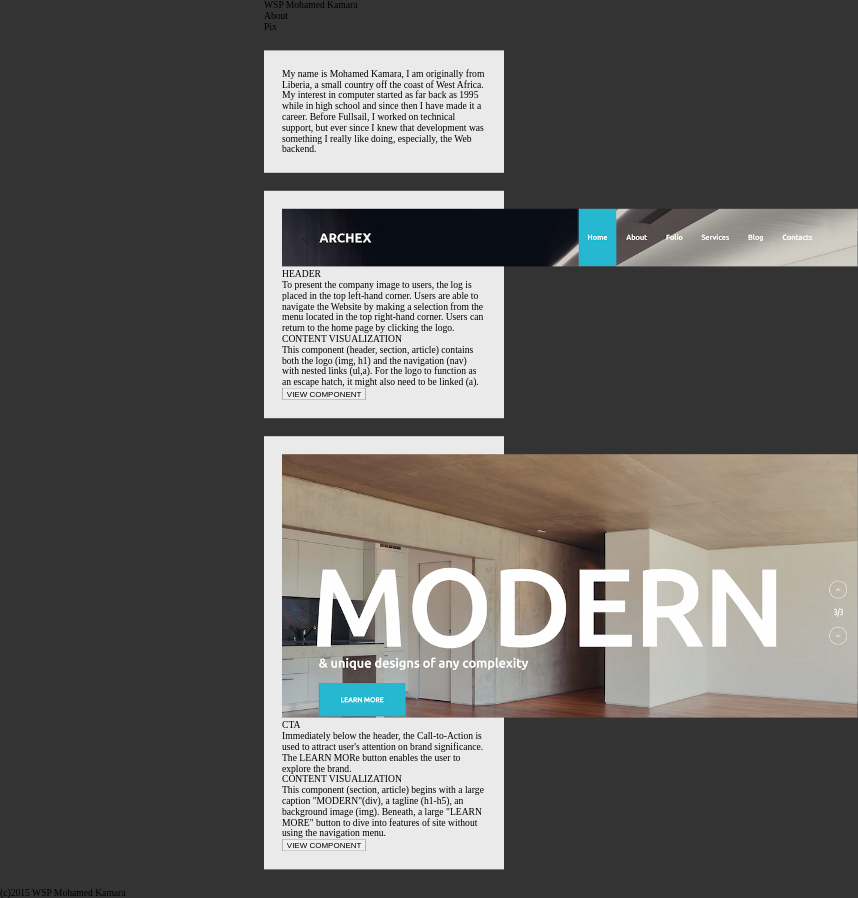
Repository: makamara/WSP_Project
Page: wsp/index.html
The author's editor kept a copy of each file at every save. The page is drawn from the files as they stood at one save, then again after the next save.
The browser window is 1280 px wide. The page is 1430 px wide, so the pictures cover 1430 px, including what lies to the right of the window. The pictures show the whole page, at 60% of full size.

Above is the page before, as saved 2015-09-15 14:26:24.

### wsp/index.html
<!DOCTYPE html>
<html>
<head>
	<title>WSP: Mohamed Kamara</title>
	<link rel="stylesheet" type="text/css" href="css/reset.css" />
	<link rel="stylesheet" type="text/css" href="css/main.css" />
</head>
<body>


	<!-- Header -->
	<header>
		<h1>WSP Mohamed Kamara</h1>
	</header>

	<!-- About -->
	<section>
		<h1>About</h1>
		<div class="image">Pix</div>
		<article>
		<p>My name is Mohamed Kamara, I am originally from Liberia, a small country off the coast of West Africa. My interest in computer
		started as far back as 1995 while in high school and since then I have made it a career. Before Fullsail, I worked on technical
		support, but ever since I knew that development was something I really like doing, especially, the Web backend.
		</p>
		</article>
	</section>

	<!-- Blog, Components -->
	<section>

		<article>

			<img src="images/header.png" alt="" />
			<h1>HEADER</h1>
			<p>To present the company image to users, the log is placed in the top left-hand corner. Users are able to navigate the Website
			by making a selection from the menu located in the top right-hand corner. Users can return to the home page by clicking the logo.
			</p>
			<h2>CONTENT VISUALIZATION</h2>
			<p>This component (header, section, article) contains both the logo (img, h1) and the navigation (nav) with nested links (ul,a).
			For the logo to function as an escape hatch, it might also need to be linked (a).
			</p>
			<p><button type="button">VIEW COMPONENT</button></p>
		</article>

		<article>
			<img src="images/cta.jpg" alt="" />
			<h1>CTA</h1>
			<p>Immediately below the header, the Call-to-Action is used to attract user's attention on brand significance.
				The <strong>LEARN MORe</strong> button enables the user to explore the brand.
			</p>
			<h2>CONTENT VISUALIZATION</h2>
			<p>This component (section, article) begins with a large caption "MODERN"(div), a tagline (h1-h5), an background image (img).
			Beneath, a large "LEARN MORE" button to dive into features of site without using the navigation menu.
			</p>
			<p><button type="button">VIEW COMPONENT</button></p>
		</article>

	</section>
<footer>(c)2015 WSP Mohamed Kamara</footer>
</body>
</html>

### wsp/css/reset.css
/* CSS RESET
====================================================================================================
====================================================================================================
*/



html, body, div, main, span, applet, object, iframe,
h1, h2, h3, h4, h5, h6, p, blockquote, pre,
a, abbr, acronym, address, big, cite, code,
del, dfn, em, img, ins, kbd, q, s, samp,
small, strike, strong, sub, sup, tt, var,
b, u, i, center,
dl, dt, dd, ol, ul, li,
fieldset, form, label, legend, input, textarea,
table, caption, tbody, tfoot, thead, tr, th, td,
article, aside, canvas, details, embed,
figure, figcaption, footer, header, hgroup,
menu, nav, output, ruby, section, summary,
time, mark, audio, video,
::before, ::after {

	margin: 0; padding: 0;
	border: 0;
	font-size: 100%;
	font: inherit;
	vertical-align: baseline;
	text-decoration: none;

	box-sizing: border-box;

}

// HTML5 - Older browser support
// ======================================================================
article, aside, details, figcaption, figure,
footer, header, hgroup, menu, nav, section {
	display: block;
}


// BODY
// ======================================================================
body { line-height: 1; }


// LISTS - Clear bullets
// ======================================================================
ol, ul { list-style: none; }


// QUOTES
// ======================================================================
blockquote, q { quotes: none; }
blockquote:before, blockquote:after,
q:before, q:after {
	content: '';
	content: none;
}

// TABLES
// ======================================================================
table {
	border-collapse: collapse;
	border-spacing: 0;
}

### wsp/css/main.css
/* Project CSS
============================================================
============================================================*/
body {
    background: #333333;
}

header, section {
    width: 400px;
    margin: 0 auto;
}


/* HEADER ============================== */

/* ABOUT ============================== */

/* COMPONENTS ============================== */
article {
    background: #eaeaea;
    padding: 30px;
    margin: 30px 0;
}

After the next save:
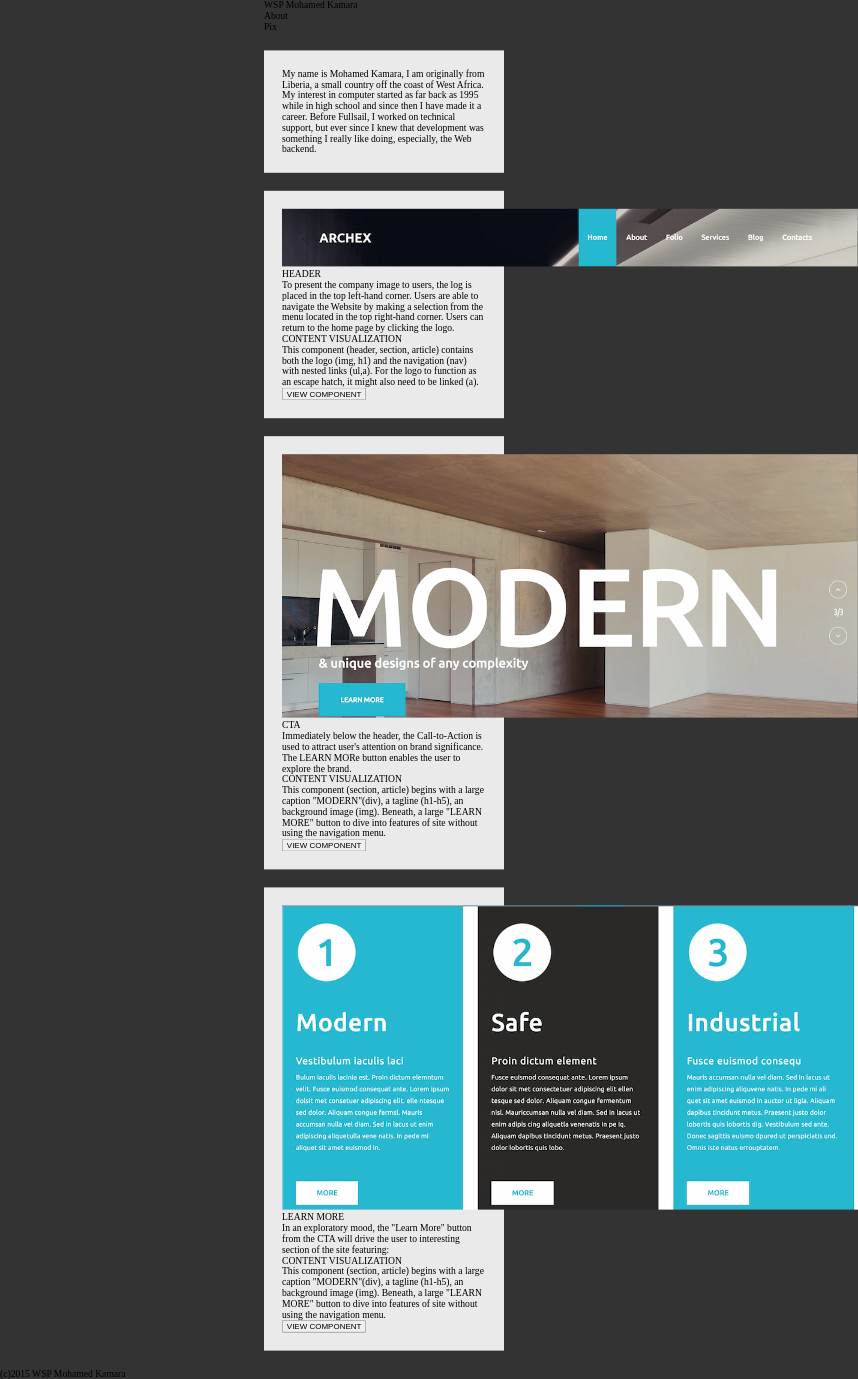
Saved 18 min 44 s later.
--- a/wsp/index.html
+++ b/wsp/index.html
@@ -27,7 +27,7 @@
 
 	<!-- Blog, Components -->
 	<section>
-
+		<!-- Header section -->
 		<article>
 
 			<img src="images/header.png" alt="" />
@@ -41,7 +41,7 @@
 			</p>
 			<p><button type="button">VIEW COMPONENT</button></p>
 		</article>
-
+		<!-- CTA section -->
 		<article>
 			<img src="images/cta.jpg" alt="" />
 			<h1>CTA</h1>
@@ -54,6 +54,19 @@
 			</p>
 			<p><button type="button">VIEW COMPONENT</button></p>
 		</article>
+	<!-- LEARN MORE section -->
+		<article>
+			<img src="images/learnmore.jpg" alt="" />
+			<h1>LEARN MORE</h1>
+			<p>In an exploratory mood, the "Learn More" button from the CTA will drive the user to interesting section of the site featuring:
+
+			</p>
+			<h2>CONTENT VISUALIZATION</h2>
+			<p>This component (section, article) begins with a large caption "MODERN"(div), a tagline (h1-h5), an background image (img).
+			Beneath, a large "LEARN MORE" button to dive into features of site without using the navigation menu.
+			</p>
+			<p><button type="button">VIEW COMPONENT</button></p>
+		</article>
 
 	</section>
 <footer>(c)2015 WSP Mohamed Kamara</footer>
